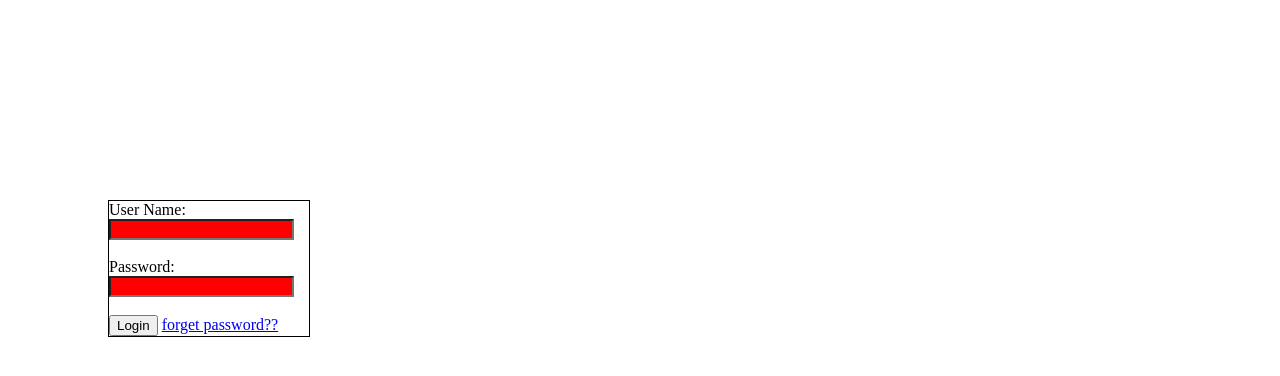
Repository: AmritOjha01/sms
Page: http://localhost/StudentManagementSystem/UserController?action=listUser
These files come from the project's save history. The page is drawn as it stood at one moment and after the next save; the edit follows.
The browser window is 1280 px wide. The pictures show the whole page.
The page is served by Tomcat 9.

Above is the page before, as saved 2017-03-27 11:28:05.

After the next save:
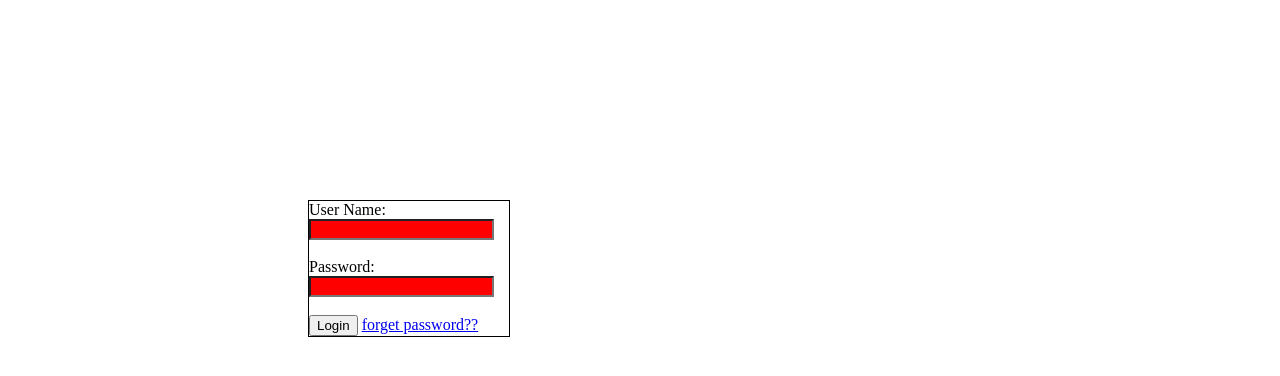
Saved 8 s later.
--- a/StudentManagementSystem/WebContent/resources/customcss/demo.css
+++ b/StudentManagementSystem/WebContent/resources/customcss/demo.css
@@ -3,7 +3,7 @@
 	width: 200px;
 	border-width: 1px;
 	border-style: solid;
-	margin: 200px 0px 0px 100px;
+	margin: 200px 0px 0px 300px;
 }
 .css-style {
 	background-color: red
